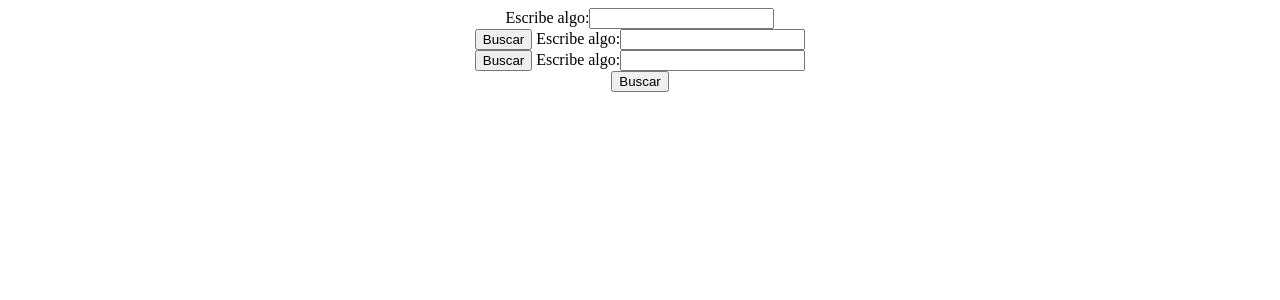
Repository: Jorgee-sk/Ws-Spring
Page: http://localhost/02_buscador_spring/addPagina.jsp
These files come from the project's save history. The page is drawn as it stood at one moment and after a run of saves; the edit follows.
The browser window is 1280 px wide. The pictures show the whole page.
The page is served by Tomcat 9. Other server files are loaded and not shown.

Above is the page before, as saved 2022-04-18 10:43:59.

### 02_buscador_spring/src/main/webapp/addPagina.jsp
<!DOCTYPE html>
<html>
<head>
<meta charset="ISO-8859-1">
<title>Insert title here</title>
</head>
<body>
	<center>
		<form action="Buscador">
			Escribe algo:<input type="text" name="tema"><br>
			<input type="submit" value="Buscar">

			Escribe algo:<input type="text" name="tema"><br>
			<input type="submit" value="Buscar">

			Escribe algo:<input type="text" name="tema"><br>
			<input type="submit" value="Buscar">
		</form>

	</center>
</body>
</html>

After the next 3 saves:
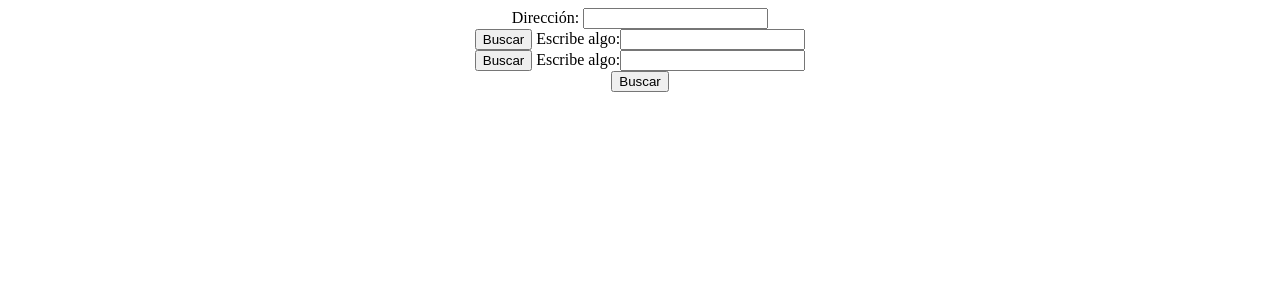
The 3 saves are shown as one change because they came seconds apart.
The last was saved 50 s later.
--- a/02_buscador_spring/src/main/webapp/addPagina.jsp
+++ b/02_buscador_spring/src/main/webapp/addPagina.jsp
@@ -7,7 +7,7 @@
 <body>
 	<center>
 		<form action="Buscador">
-			Escribe algo:<input type="text" name="tema"><br>
+			Dirección: <input type="text" name="tema"><br>
 			<input type="submit" value="Buscar">
 
 			Escribe algo:<input type="text" name="tema"><br>
